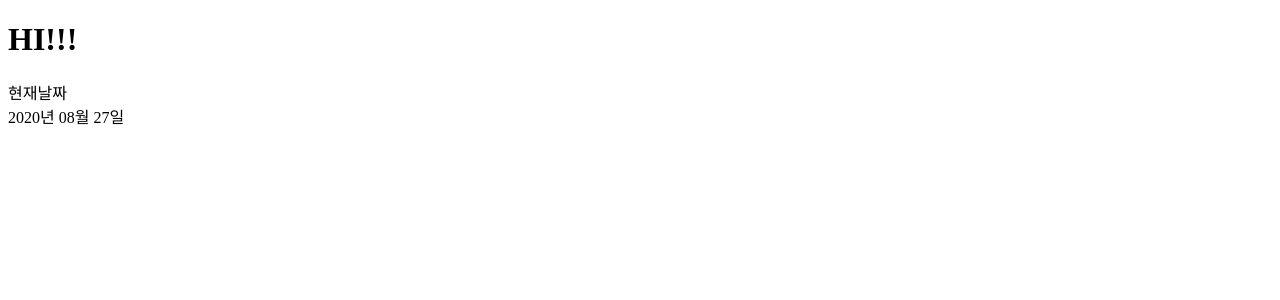
Repository: BrianH29/BH_webserver_workspace1
Page: http://localhost/2_JSP/views/03_directiveInclude.jsp
An editor plug-in stored every save of this project. The page is shown before and after the next save, followed by the edit.
The browser window is 1280 px wide. The pictures show the whole page.
The page is served by Tomcat 9.

Above is the page before, as saved 2020-08-31 03:27:30.

### webserver_workspace1/2_JSP/WebContent/views/03_directiveInclude.jsp
<%@ page language="java" contentType="text/html; charset=UTF-8"
    pageEncoding="UTF-8"%>
<!DOCTYPE html>
<html>
<head>
<meta charset="UTF-8">
<title>Insert title here</title>
</head>
<body>
	<h1>HI!!! </h1>

	현재날짜<br>

	<%@ include file="includePage.jsp" %>
</body>
</html>

### webserver_workspace1/2_JSP/WebContent/views/includePage.jsp
<%@ page language="java" contentType="text/html; charset=UTF-8"
    pageEncoding="UTF-8"%>
<%@ page import="java.util.Date" %>
<%@ page import="java.text.SimpleDateFormat" %>
    <%
    	Date now = new Date();

    	SimpleDateFormat sdf = new SimpleDateFormat("yyyy년 MM월 dd일");
    	String today = sdf.format(now); // "2020년 08월 31일"

    	String msg = "hi!";
    %>
<!DOCTYPE html>
<html>
<head>
<meta charset="UTF-8">
<title>Insert title here</title>
</head>
<body>
	<%= today %>
</body>
</html>

After the next save:
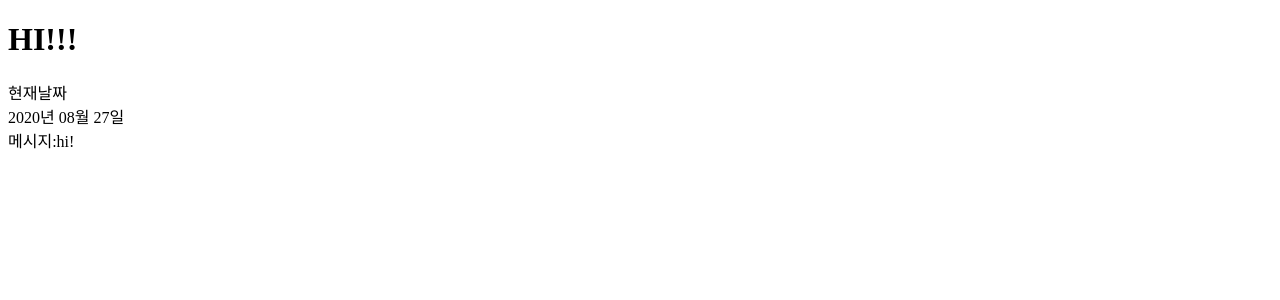
Saved 61 s later.
--- a/webserver_workspace1/2_JSP/WebContent/views/03_directiveInclude.jsp
+++ b/webserver_workspace1/2_JSP/WebContent/views/03_directiveInclude.jsp
@@ -12,5 +12,8 @@
 	현재날짜<br>
 
 	<%@ include file="includePage.jsp" %>
+
+	<br>
+	메시지:<%=msg %>
 </body>
 </html>
